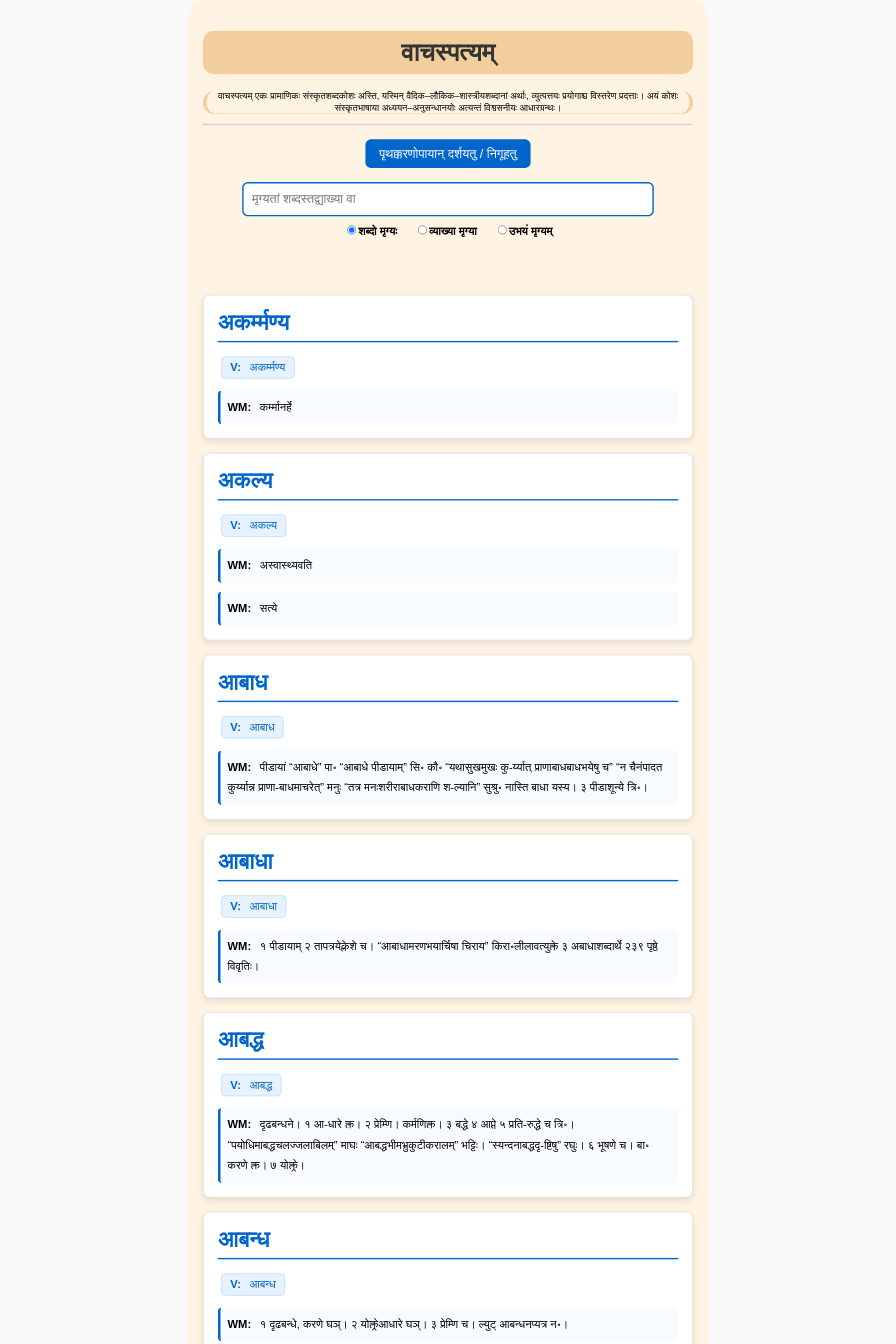
Repository: sanskritsphere/vachaspatyam-demo
Page: index.html
The author's editor kept a copy of each file at every save. The page is drawn from the files as they stood at one save, then again after the next save.
The browser window is 1280 px wide. The pictures show the part of the page from y = 0 to 1920 px (the page is 3466 px tall), at 70% of full size.

Above is the page before, as saved 2025-12-14 15:26:01.

After the next save:
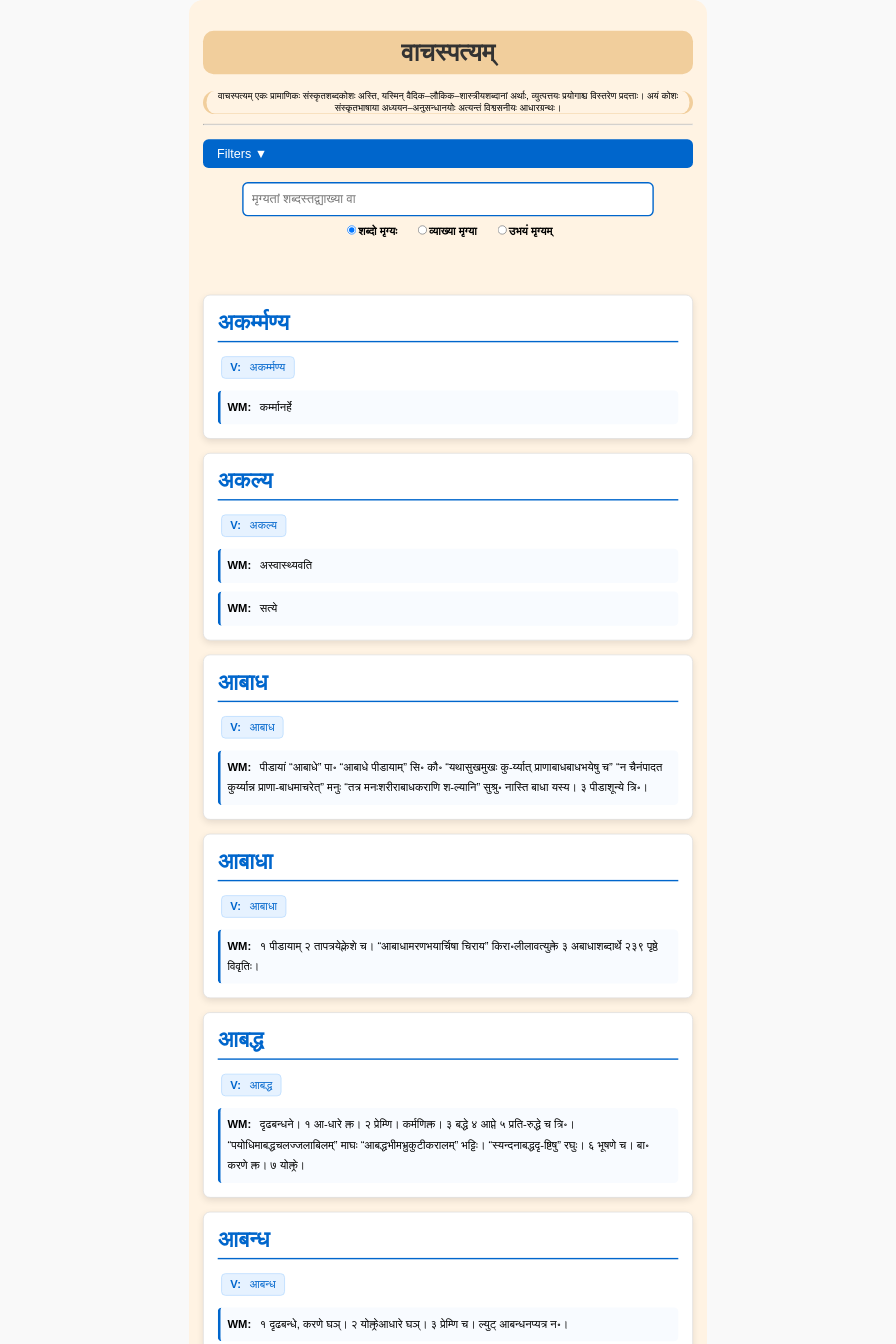
Saved 20 min 29 s later.
--- a/index.html
+++ b/index.html
@@ -15,8 +15,10 @@
 अयं कोशः संस्कृतभाषाया अध्ययन–अनुसन्धानयोः अत्यन्तं विश्वसनीयः आधारग्रन्थः।</p>
     </header>
     <hr>
-    <button id="toggleFilters">पृथक्करणोपायान् दर्शयतु / निगूहतु</button>
-
+<div class="toggle-btn" id="toggleFilters">
+    Filters
+    <span class="arrow">▼</span>
+</div>
     <div id="searchContainer">
         <input type="text" id="search" placeholder="मृग्यतां शब्दस्तद्व्याख्या वा">
         <div class="search-options">
@@ -285,8 +287,11 @@
             }
 
         // टॉगल बटन
-        document.getElementById('toggleFilters').addEventListener('click', () => {
+    document.getElementById('toggleFilters').addEventListener('click', () => {
     const panel = document.getElementById('filtersPanel');
+    const btn = document.getElementById('toggleFilters');
+    btn.classList.toggle('active');
+    panel.style.display = panel.style.display === 'block' ? 'none' : 'block';
 
     if (panel.classList.contains('show')) {
         panel.classList.remove('show');
